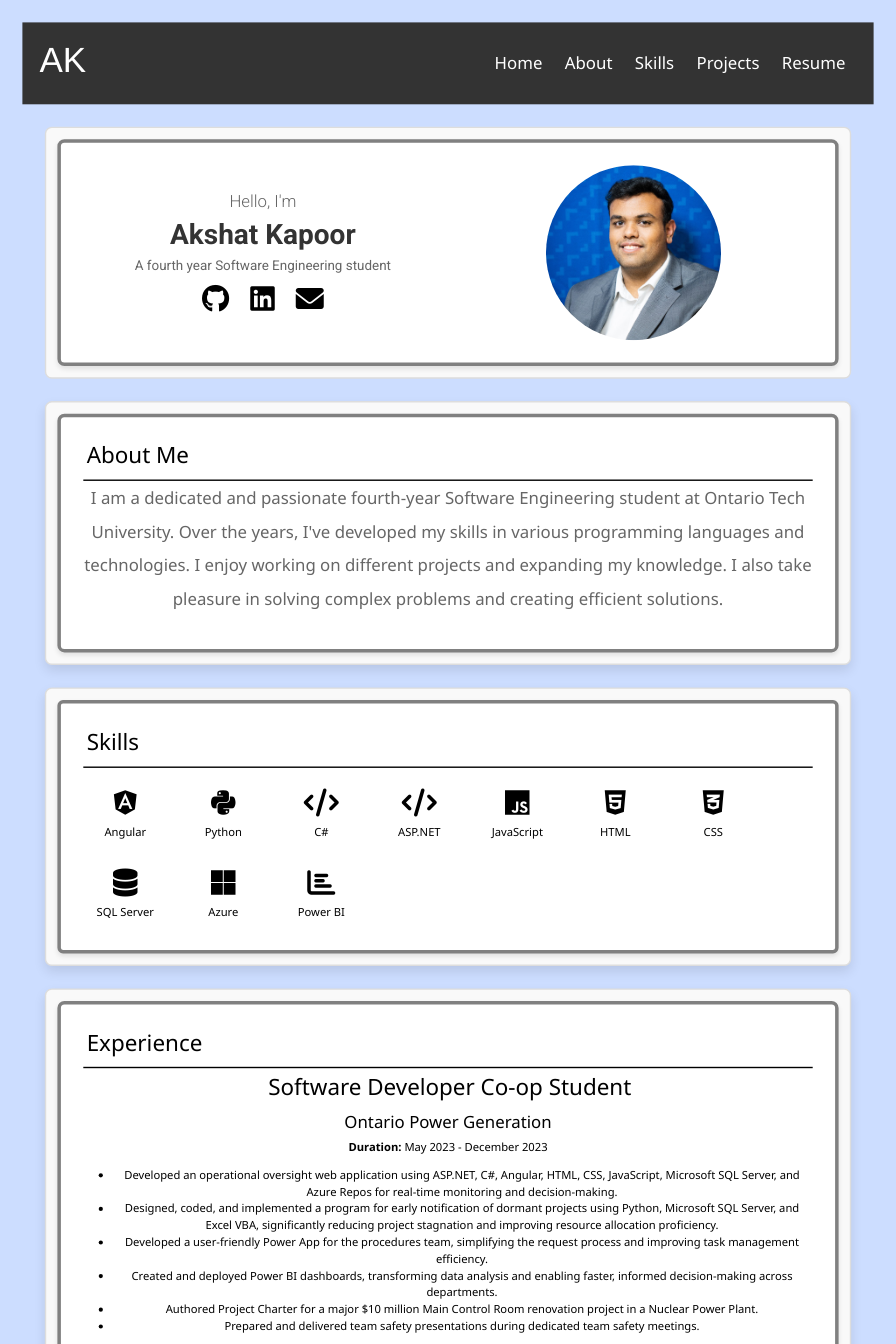
Repository: AkshatKapo/My-Portfolio
Page: /
An editor plug-in stored every save of this project. The page is shown before and after the next save, followed by the edit.
The browser window is 1280 px wide. The pictures show the part of the page from y = 0 to 1920 px (the page is 3289 px tall before and 3307 px after), at 70% of full size.
The project was rebuilt for these pictures with package versions that can differ from the ones it lists, and the page was loaded fresh each time. Also part of the build but not shown: vite.config.js.

Above is the page before, as saved 2024-06-19 09:12:37.

After the next save:
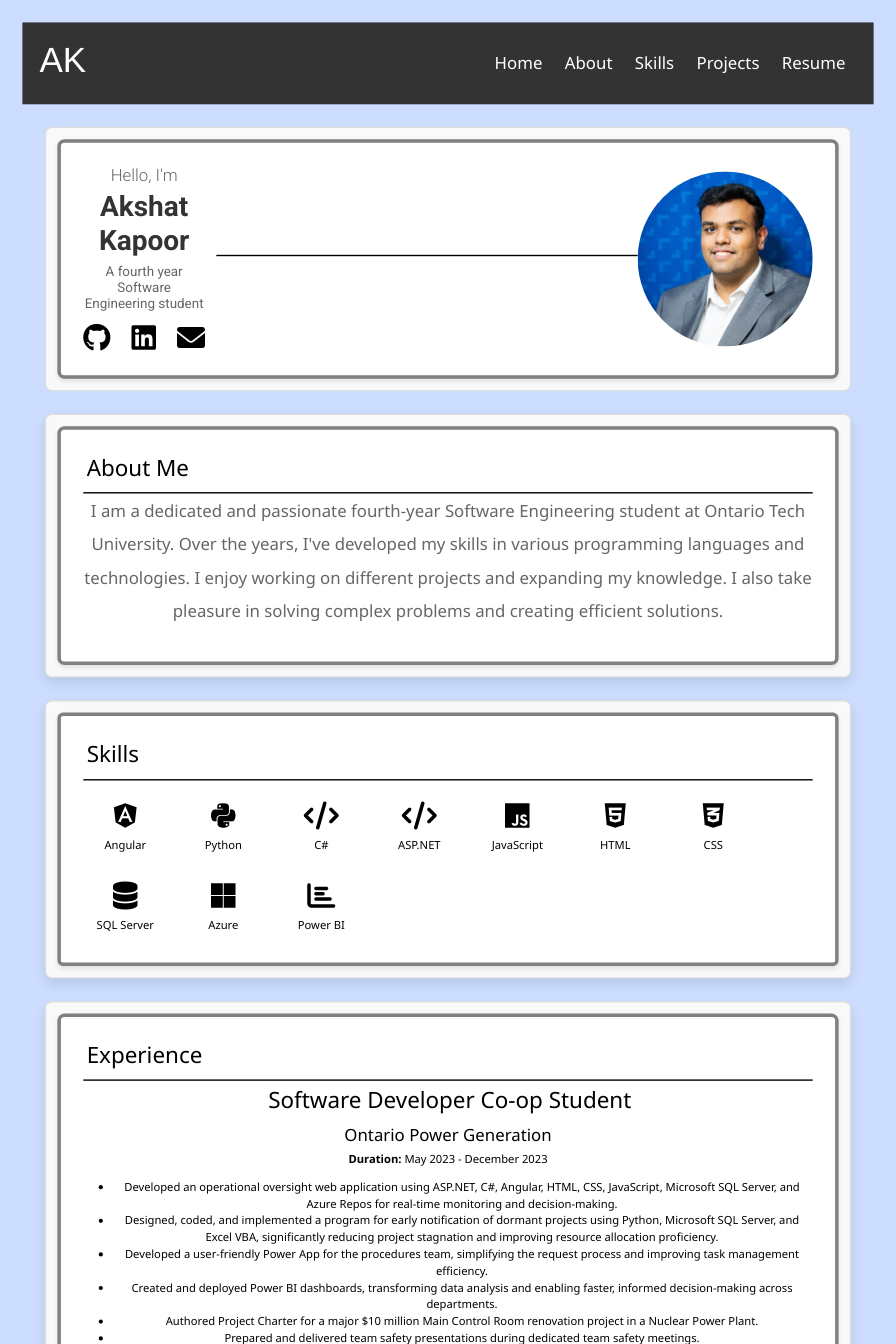
Saved 5 s later.
--- a/src/components/Home.jsx
+++ b/src/components/Home.jsx
@@ -22,7 +22,7 @@ const Home = () => {
               </a>
             </div>
           </div>
-          <div className="sep"></div>
+          <div className="separator"></div>
           <div className="image-content">
             <img
               src="/assets/images/1666144074188.jpeg"
